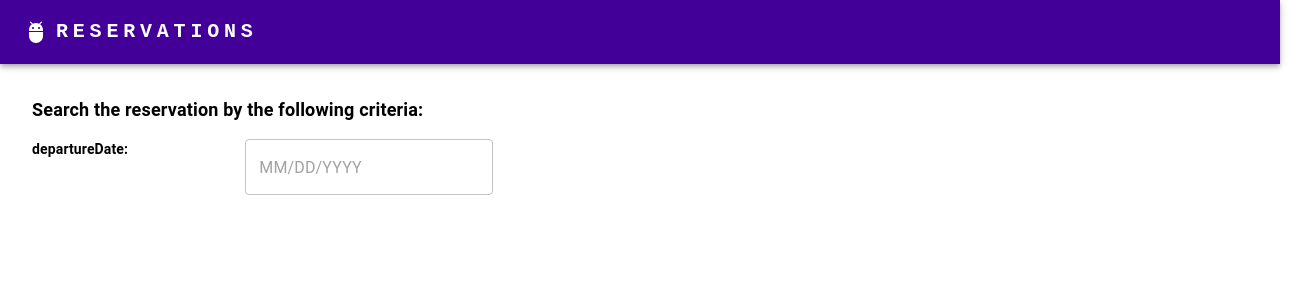
Repository: jbpadilha/reservationAWSRXJS
Page: /search
These files come from the project's save history. The page is drawn as it stood at one moment and after the next save; the edit follows.
The browser window is 1280 px wide. The page is 1312 px wide, so the pictures cover 1312 px, including what lies to the right of the window. The pictures show the whole page.
The project was rebuilt for these pictures with package versions that can differ from the ones it lists, and the page was loaded fresh each time. Also part of the build but not shown: src/App.css.

Above is the page before, as saved 2023-07-11 20:15:24.

After the next save:
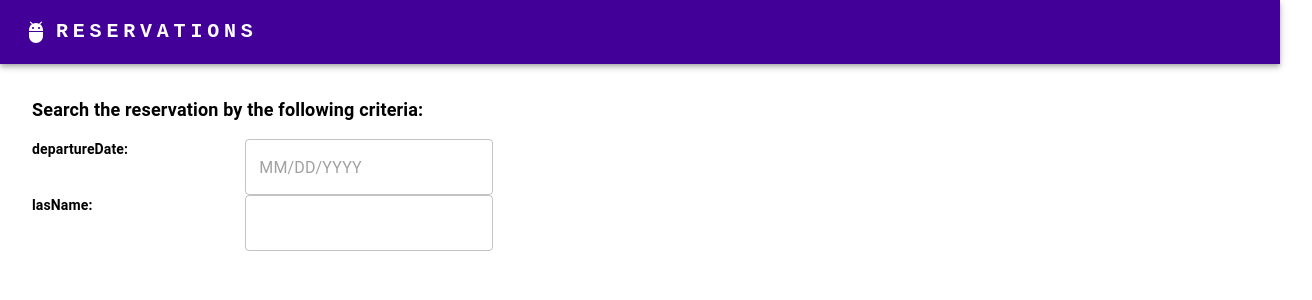
Saved 79 s later.
--- a/src/components/SearchReservations.tsx
+++ b/src/components/SearchReservations.tsx
@@ -1,7 +1,7 @@
 /* eslint-disable no-unused-vars */
 /* eslint-disable @typescript-eslint/no-unused-vars */
 import React, { useState } from "react";
-import { Grid, Typography } from "@mui/material";
+import { Grid, TextField, Typography } from "@mui/material";
 import { useTranslation } from "react-i18next";
 import { DatePicker } from "@mui/x-date-pickers/DatePicker";
 import { LocalizationProvider } from "@mui/x-date-pickers";
@@ -29,6 +29,14 @@ const SearchReservations = () => {
             <Grid item xs={10}>
               <DatePicker />
             </Grid>
+            <Grid item xs={2}>
+              <Typography sx={{ fontSize: 14, fontWeight: "bold" }}>
+                {t("lasName")}:
+              </Typography>
+            </Grid>
+            <Grid item xs={10}>
+              <TextField  />
+            </Grid>
           </Grid>
         </Grid>
       </Grid>
